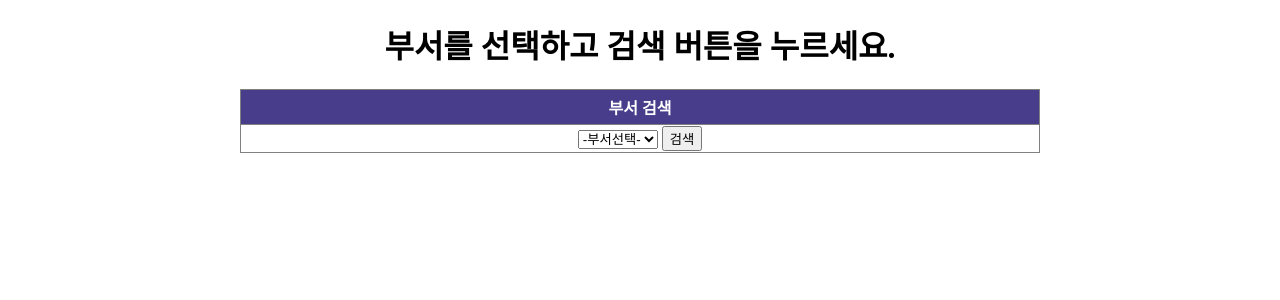
Repository: jongmin0919/soldesk_project
Page: http://localhost/chapter16_search/inputDept.jsp
The author's editor kept a copy of each file at every save. The page is drawn from the files as they stood at one save, then again after the next save.
The browser window is 1280 px wide. The pictures show the whole page.
The page is served by Tomcat 9.

Above is the page before, as saved 2024-08-14 15:51:31.

After the next save:
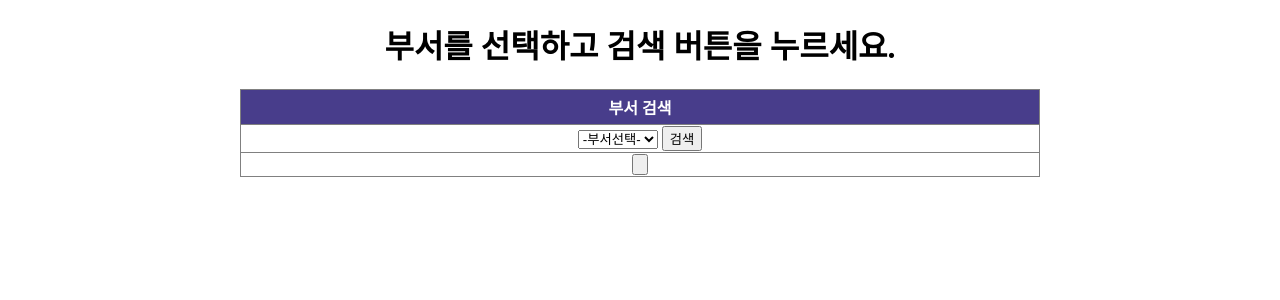
Saved 7 min 38 s later.
--- a/searching_project/chapter16_search/WebContent/inputDept.jsp
+++ b/searching_project/chapter16_search/WebContent/inputDept.jsp
@@ -53,6 +53,11 @@
 						<input type="button" value="검색" onclick="searchOne(this.form)">
 					</td>
 				</tr>
+				<tr>
+					<td>
+						<input type = "button">
+					</td>
+				</tr>
 			</table>
 		</form>
 	</div>
